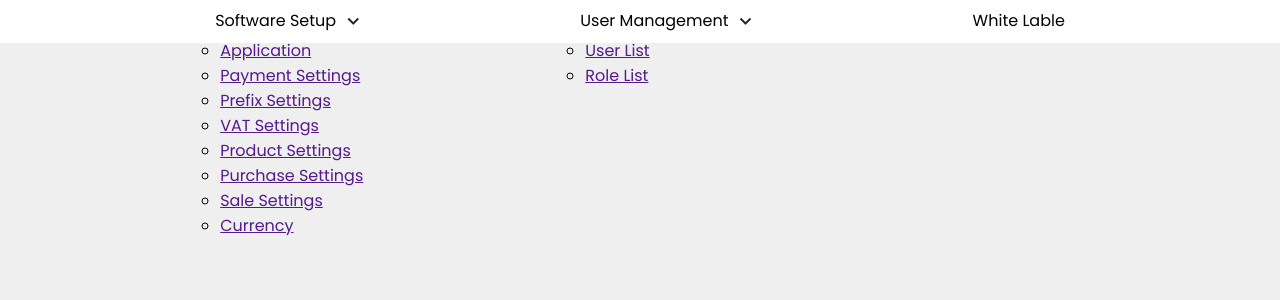
Repository: codebyaddro/pos-settings
Page: settings.html
These files come from the project's save history. The page is drawn as it stood at one moment and after a run of saves; the edit follows.
The browser window is 1280 px wide. The pictures show the whole page.

Above is the page before, as saved 2025-02-16 14:38:00.

After the next 10 saves:
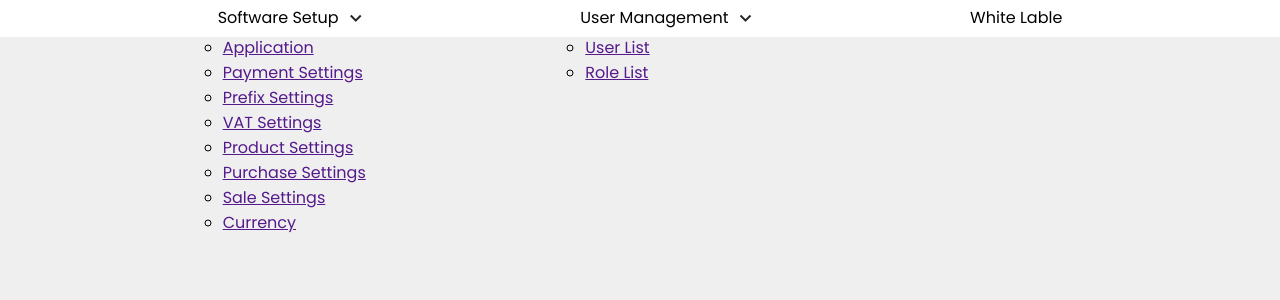
The 10 saves are shown as one change because they came seconds apart.
The last was saved 33 s later.
--- a/css/settings.css
+++ b/css/settings.css
@@ -45,7 +45,7 @@
     justify-content: space-evenly;
     align-items: flex-start;
     background-color: var(--white);
-    padding: 0.5rem 0;
+    padding: 5px 5px 5px 5px;
     list-style-type: none;
 }
 
